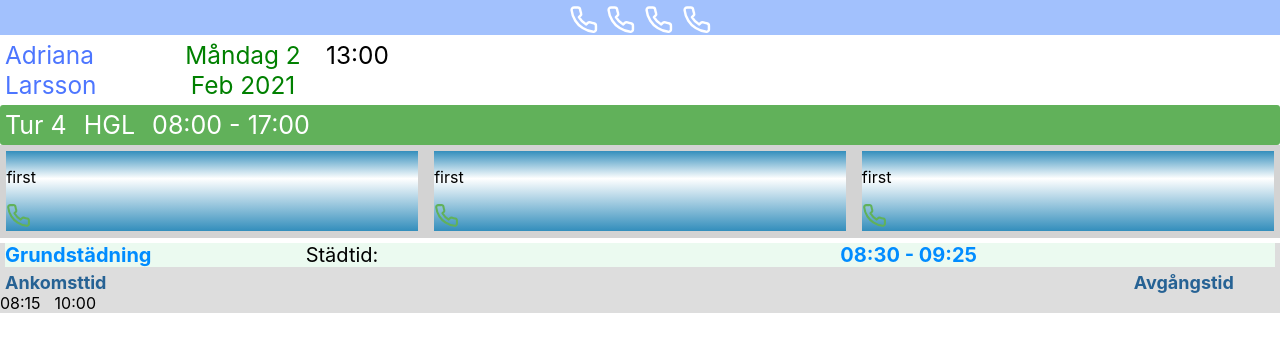
Repository: AdrianaLarsson/learning-react-adriana
Page: /
The author's editor kept a copy of each file at every save. The page is drawn from the files as they stood at one save, then again after a run of saves.
The browser window is 1280 px wide. The pictures show the whole page.
The project was rebuilt for these pictures with package versions that can differ from the ones it lists, and the page was loaded fresh each time. Also part of the build but not shown: src/components/pixiLearn/pixi-learning.js, src/components/pixiLearn/reactTimline/timelinegant.js.

Above is the page before, as saved 2021-02-18 09:59:39.

### src/App.js
import './App.css';
import PixiLearning from './components/pixiLearn/pixi-learning'
import TimeLineGant from './components/pixiLearn/reactTimline/timelinegant'
import SjWaypoint from './components/pixiLearn/waypoint-mobile/sjwaypiont'

function App() {
  return (
    <div className="App">
      <header className="App-header">
       {/*  <TimeLineGant/> */}

           {/*   <PixiLearning/> */}
           <SjWaypoint/>
      </header>
    </div>
  );
}

export default App;

### src/App.css


.navbar {
  background-color: #a2c1fd;
  height: 30px;
  padding-top: 5px;
  display: flex;
  flex-direction: column;
  align-items: center;
  font-size: calc(15px + 2vmin);
  color: white;
}
.box{
  background-color: #ffffff;
  height: 30px;
  padding-top: 5px;
  display: flex;
  flex-direction: column;
  align-items: center;
  font-size: calc(10px + 2vmin);
  color: rgb(0, 0, 0);
  display: inline;
  flex-direction: row;
}
.name{
  margin: 5px;
  text-align: start;
  display: inline-flex;
  color: rgb(77, 118, 255);
  width: 150px;
}
.date{
  padding: 3px;
  text-align: center;
  display: inline-flex;
  color: green;
  width: 160px;
}
.time{
  text-align: end;
  display: inline-flex;
  color: black;
  width: 85px;
}
.nameonteam{
  display: inline;
  margin: 5px;
}

.teamname{
background-color: #61b15a;
color: white;
font-size: 25px;
border-radius: 3px;
}
.workposition{
  display: inline-flex;
  text-align: center;
  margin: 5px;

}
.timeteam{
  display: inline;
  margin: 5px;
  text-align: end;
}

.phone{
color: #61b15a;
  font-size: 25px;
}

.traininfo{
  background-color: rgb(221, 221, 221);
}
.activity{
  display: flex;
  border-width: 10ch;
  border-color: #61b15a;
  font-size: 20px;
  margin: 5px;
  color: rgb(0, 140, 255);
  background-color: rgb(235, 250, 240);

}

.activityname{
  text-align: start;
  font-weight: bold;
}
.cleantime{
  display: inline-block;
  width: 30%;
  text-align: center;
  color: black;
}
.cleantimestartend{
  display: inline-block;
  width: 35%;
  text-align: end;
  color: rgb(0, 140, 255);
  font-weight: bold;
}
.arrivaltimetitle{
  display: inline-block;
  width: 48%;
  margin-left: 5px;
  text-align: start;
  color: rgb(38, 98, 148);
  font-weight: bold;
  font-size: 18px;

}
.departuretimetitle{
  display: inline-block;
  width: 48%;
  text-align: end;
  color: rgb(38, 98, 148);
  font-weight: bold;
  font-size: 18px;
}
.arrivaltime{
  display: inline-block;
  text-align: start;
  width: 48px;

}
.departuretime{
  display: inline-block;
  text-align: end;
  width: 48px;

}

/* .App {
  text-align: center;
}

.App-logo {
  height: 40vmin;
  pointer-events: none;
}

@media (prefers-reduced-motion: no-preference) {
  .App-logo {
    animation: App-logo-spin infinite 20s linear;
  }
}

.App-header {
  background-color: #282c34;
  min-height: 100vh;
  display: flex;
  flex-direction: column;
  align-items: center;
  justify-content: center;
  font-size: calc(10px + 2vmin);
  color: white;
}

.App-link {
  color: #61dafb;
}

@keyframes App-logo-spin {
  from {
    transform: rotate(0deg);
  }
  to {
    transform: rotate(360deg);
  }
}
 */

### src/components/pixiLearn/waypoint-mobile/sjwaypiont.js
import React from 'react'
import Navbaren from './navbaren'
import BoxNameDayTime from './box-name-day-time'
import TeamName from './teamname'
import Perosnal from './perosnal'
import Traininfo from './trainsinfo'

function sjwaypiont() {
    return (
        <div>
          <Navbaren/>
            <BoxNameDayTime/>
            <TeamName/>
            <Perosnal/>
            <Traininfo/>
        </div>
    )
}

export default sjwaypiont

### src/components/pixiLearn/waypoint-mobile/navbaren.js
import React from 'react'
import { FiPhone } from "react-icons/fi";


function navbaren() {
    return (
      <div className="navbar">
          <div className="navbar-container container">
           <FiPhone /> <FiPhone /> <FiPhone /> <FiPhone />
          </div>

      </div>
    )
}

export default navbaren

### src/components/pixiLearn/waypoint-mobile/box-name-day-time.js
import React from 'react'
import Container from "react-bootstrap/Container";
import Row from "react-bootstrap/Row";
import Col from "react-bootstrap/Col"

function boxNameDayTime() {
    return (
<Container className="box">
  <Row>
    <Col className="name">Adriana Larsson </Col>
    <Col className="date"> Måndag 2 Feb 2021</Col>
    <Col className="time"> 13:00 </Col>
  </Row>
</Container>

    )
}

export default boxNameDayTime;

### src/components/pixiLearn/waypoint-mobile/teamname.js
import React from 'react'
import styled from 'styled-components';
import Container from "react-bootstrap/Container";
import Row from "react-bootstrap/Row";
import Col from "react-bootstrap/Col"


function teamName() {

const Box = styled.div`
background: #61b15a;
borderRadius: 20px;
height: 55px;
width:500px;
color: white;
font-size: 20px;
display: inline-flex;
text-align: center;
margin-right: 100px;
`
    return (
        <Container className="teamname">
        <Row>
          <Col className="nameonteam">Tur 4 </Col>
          <Col className="workposition"> HGL</Col>
          <Col className="timeteam"> 08:00 - 17:00 </Col>
        </Row>
      </Container>
    )
}

export default teamName

### src/components/pixiLearn/waypoint-mobile/perosnal.js
import React from 'react'
import styled from 'styled-components';
import { FiPhone } from "react-icons/fi";


function perosnal() {
    const EqualDivider = styled.div`
  display: flex;
  padding: 0.4rem;
  height: 80px;
  background: lightgrey;
  ${props => props.vertical && "flex-direction: column;"}

  > * {
    flex: 1;
     font-style:bold;
    &:not(:first-child) {
      ${props => props.vertical ? "margin-top" : "margin-left"}: 1rem;
    }
  }
`;

const Child = styled.div`

background: linear-gradient(#338EBC 0%, #ffffff 34.48%, #338EBC 100%);
`;

    return (
        <div>
        <EqualDivider>
          <Child><p>first</p>
          <FiPhone className="phone" />
          </Child>
          <Child><p>first</p>
          <FiPhone className="phone" />
          </Child>
          <Child><p>first</p>
          <FiPhone className="phone" />
          </Child>
        </EqualDivider>

        </div>
    )
}

export default perosnal;

### src/components/pixiLearn/waypoint-mobile/trainsinfo.js
import React from 'react'
import Container from "react-bootstrap/Container";
import Row from "react-bootstrap/Row";
import Col from "react-bootstrap/Col"



function trainsinfo() {
    return (

<Container className="traininfo">
  <Row className="activity">
    <Col className="activityname">Grundstädning </Col>
    <Col className="cleantime"> Städtid:</Col>
    <Col className="cleantimestartend"> 08:30 - 09:25</Col>
  </Row>
  <Row className="traininfodeparr">
      <Col className="arrivaltimetitle">Ankomsttid </Col>
      <Col className="departuretimetitle">Avgångstid </Col>
      <Col className="arrivaltime">08:15 </Col>
      <Col className="departuretime">10:00 </Col>
  </Row>
</Container>

    )
}

export default trainsinfo

Loaded but not shown: public/index.html (common file); src/index.js (common file); src/index.css (common file); src/reportWebVitals.js (common file)

After the next 5 saves:
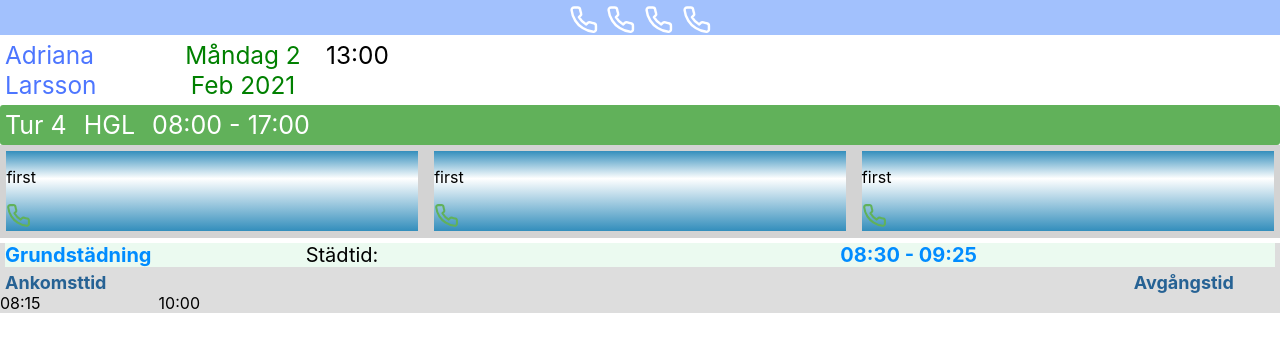
The 5 saves are shown as one change because they came seconds apart.
The last was saved 10 s later.
--- a/src/App.css
+++ b/src/App.css
@@ -122,13 +122,13 @@ color: #61b15a;
 .arrivaltime{
   display: inline-block;
   text-align: start;
-  width: 48px;
+  width: 100px;
 
 }
 .departuretime{
   display: inline-block;
   text-align: end;
-  width: 48px;
+  width: 100px;
 
 }
 
